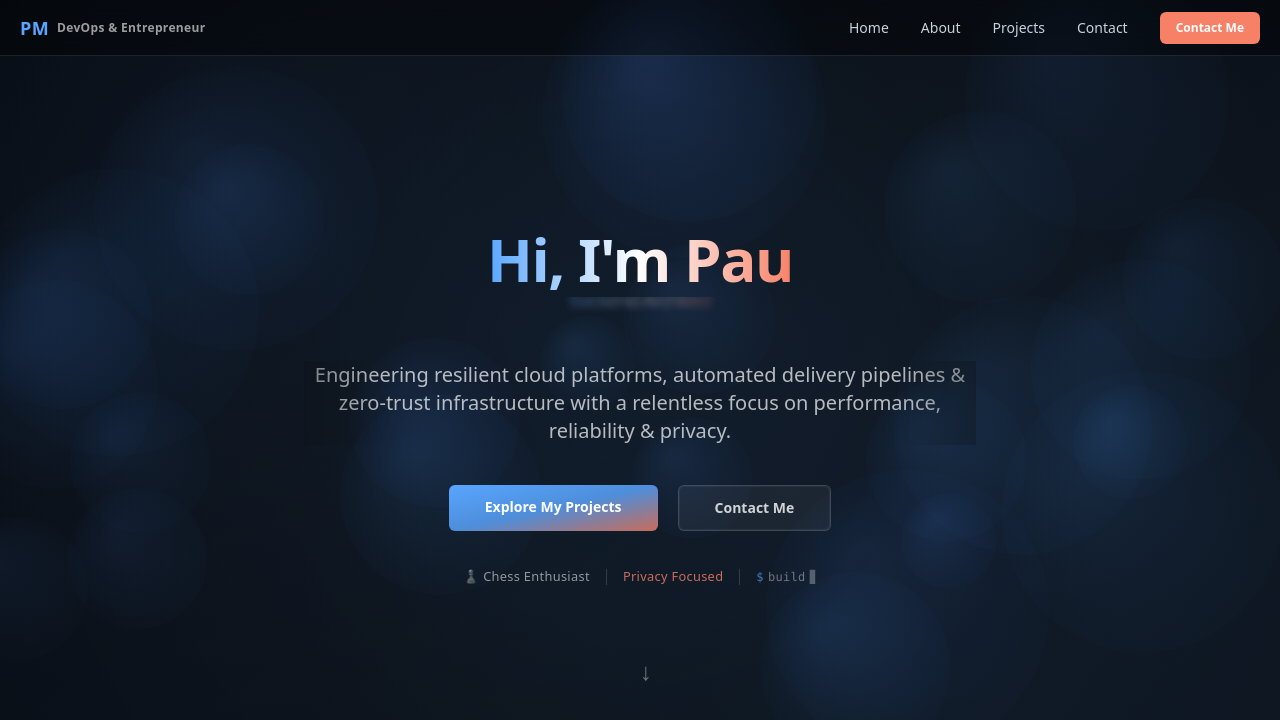
Repository: ElStevenn/webpage
Page: /
These files come from the project's save history. The page is drawn as it stood at one moment and after the next save; the edit follows.
The browser window is 1280 px wide. The pictures show the whole page.
The project was rebuilt for these pictures with package versions that can differ from the ones it lists, and the page was loaded fresh each time. Some packages were replaced by stand-ins written for this rebuild. The framework's server and built-in components were replaced by stand-ins that run in the browser. Also part of the build but not shown: next.config.ts.

Above is the page before, as saved 2025-07-20 21:46:51.

After the next save:
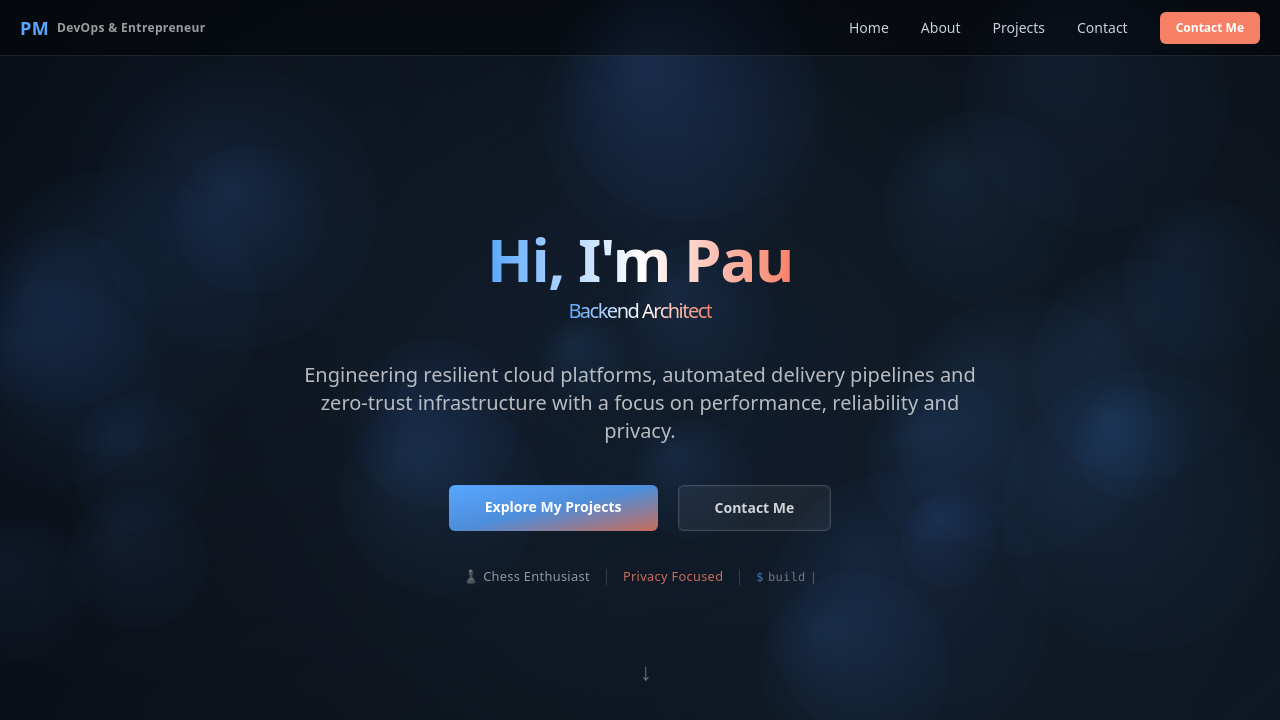
Saved 64 s later.
--- a/src/components/HeroSection.tsx
+++ b/src/components/HeroSection.tsx
@@ -10,13 +10,12 @@ const roles = [
   'Automation Nerd'
 ]
 
-/* Componente de palabras rotando */
 function RotatingWords() {
   const [index, setIndex] = useState(0)
   useEffect(() => {
     const id = setInterval(() => {
       setIndex(i => (i + 1) % roles.length)
-    }, 2600)
+    }, 3000)
     return () => clearInterval(id)
   }, [])
   return (
@@ -24,10 +23,10 @@ function RotatingWords() {
       <AnimatePresence mode="wait">
         <motion.span
           key={roles[index]}
-            initial={{ y: '60%', opacity: 0, filter: 'blur(6px)' }}
-            animate={{ y: '0%', opacity: 1, filter: 'blur(0px)' }}
-            exit={{ y: '-60%', opacity: 0, filter: 'blur(6px)' }}
-            transition={{ duration: 0.6, ease: 'easeOut' }}
+          initial={{ y: '60%', opacity: 0, filter: 'blur(6px)' }}
+          animate={{ y: '0%', opacity: 1, filter: 'blur(0px)' }}
+          exit={{ y: '-60%', opacity: 0, filter: 'blur(6px)' }}
+          transition={{ duration: 0.6, ease: 'easeOut' }}
           className="inline-block text-lg md:text-xl font-medium bg-gradient-to-r from-brand-blue via-white to-brand-coral bg-clip-text text-transparent"
         >
           {roles[index]}
@@ -39,10 +38,10 @@ function RotatingWords() {
 
 export default function HeroSection() {
   const ref = useRef<HTMLDivElement | null>(null)
-  const rx = useMotionValue(0)
-  const ry = useMotionValue(0)
-  const sx = useSpring(rx, { stiffness: 120, damping: 18 })
-  const sy = useSpring(ry, { stiffness: 120, damping: 18 })
+  const mvX = useMotionValue(0)
+  const mvY = useMotionValue(0)
+  const rotX = useSpring(mvX, { stiffness: 120, damping: 18 })
+  const rotY = useSpring(mvY, { stiffness: 120, damping: 18 })
 
   const handleMouse = useCallback((e: MouseEvent) => {
     const el = ref.current
@@ -50,23 +49,23 @@ export default function HeroSection() {
     const r = el.getBoundingClientRect()
     const x = e.clientX - r.left
     const y = e.clientY - r.top
-    rx.set(-(y - r.height / 2) / 35)
-    ry.set((x - r.width / 2) / 35)
-  }, [rx, ry])
+    mvX.set(-(y - r.height / 2) / 35)
+    mvY.set((x - r.width / 2) / 35)
+  }, [mvX, mvY])
 
   useEffect(() => {
     const el = ref.current
     if (!el) return
     el.addEventListener('mousemove', handleMouse)
-    const leave = () => { rx.set(0); ry.set(0) }
+    const leave = () => { mvX.set(0); mvY.set(0) }
     el.addEventListener('mouseleave', leave)
     return () => {
       el.removeEventListener('mousemove', handleMouse)
       el.removeEventListener('mouseleave', leave)
     }
-  }, [handleMouse, rx, ry])
+  }, [handleMouse, mvX, mvY])
 
-  const containerVariants = {
+  const container = {
     hidden: { opacity: 0 },
     show: {
       opacity: 1,
@@ -76,7 +75,12 @@ export default function HeroSection() {
 
   const item = {
     hidden: { opacity: 0, y: 26, filter: 'blur(8px)' },
-    show: { opacity: 1, y: 0, filter: 'blur(0px)', transition: { duration: 0.7, ease: 'easeOut' } }
+    show: {
+      opacity: 1,
+      y: 0,
+      filter: 'blur(0px)',
+      transition: { duration: 0.7, ease: 'easeOut' }
+    }
   }
 
   return (
@@ -88,8 +92,8 @@ export default function HeroSection() {
       <BackgroundFX />
 
       <motion.div
-        style={{ rotateX: sx, rotateY: sy }}
-        variants={containerVariants}
+        style={{ rotateX: rotX, rotateY: rotY }}
+        variants={container}
         initial="hidden"
         animate="show"
         className="relative max-w-4xl"
@@ -112,10 +116,10 @@ export default function HeroSection() {
 
         <motion.p
           variants={item}
-          className="mt-8 text-[1.05rem] md:text-xl leading-relaxed mx-auto max-w-2xl text-white/70 relative tagline-mask"
+          className="mt-8 text-[1.05rem] md:text-xl leading-relaxed mx-auto max-w-2xl text-white/70 relative"
         >
-          Engineering resilient cloud platforms, automated delivery pipelines & zero‑trust infrastructure
-          with a relentless focus on performance, reliability & privacy.
+          Engineering resilient cloud platforms, automated delivery pipelines and zero-trust infrastructure
+          with a focus on performance, reliability and privacy.
         </motion.p>
 
         <motion.div
@@ -126,9 +130,9 @@ export default function HeroSection() {
             href="#projects"
             className="relative group px-9 py-3 rounded-md font-semibold text-sm text-white
              bg-gradient-to-br from-brand-blue via-[#4e8edb] to-brand-coral/80
-             shadow-[0_0_0_0_rgba(88,166,255,0.0)]
+             shadow-[0_0_0_0_rgba(88,166,255,0)]
              hover:shadow-[0_0_35px_-8px_rgba(88,166,255,0.55)]
-             transition-all duration-400 outline-none focus:ring-2 focus:ring-brand-blue/60"
+             transition-all duration-300 outline-none focus:ring-2 focus:ring-brand-blue/60"
           >
             <span className="relative z-10">Explore My Projects</span>
             <span className="absolute inset-0 rounded-md opacity-0 group-hover:opacity-100 transition
@@ -158,7 +162,7 @@ export default function HeroSection() {
           <span className="text-brand-coral/80">Privacy Focused</span>
           <span className="w-px h-4 bg-white/15" />
           <span className="font-mono text-[0.75rem] text-white/40 flex items-center gap-1">
-            <span className="text-brand-blue/70">$</span> build <span className="animate-pulse">▊</span>
+            <span className="text-brand-blue/70">$</span> build <span className="animate-pulse">|</span>
           </span>
         </motion.div>
       </motion.div>
@@ -166,22 +170,6 @@ export default function HeroSection() {
       <div className="absolute bottom-8 left-1/2 -translate-x-1/2 text-white/40 text-2xl animate-bounce select-none">
         ↓
       </div>
-
-      {/* CSS para efecto reveal del párrafo */}
-      <style jsx>{`
-        .tagline-mask {
-          position: relative;
-        }
-        .tagline-mask::after {
-          content: '';
-          position: absolute;
-          inset: 0;
-          background: linear-gradient(90deg, #0d1117 0%, transparent 12%, transparent 88%, #0d1117 100%);
-          pointer-events: none;
-          mix-blend-mode: multiply;
-          opacity: .35;
-        }
-      `}</style>
     </section>
   )
 }
